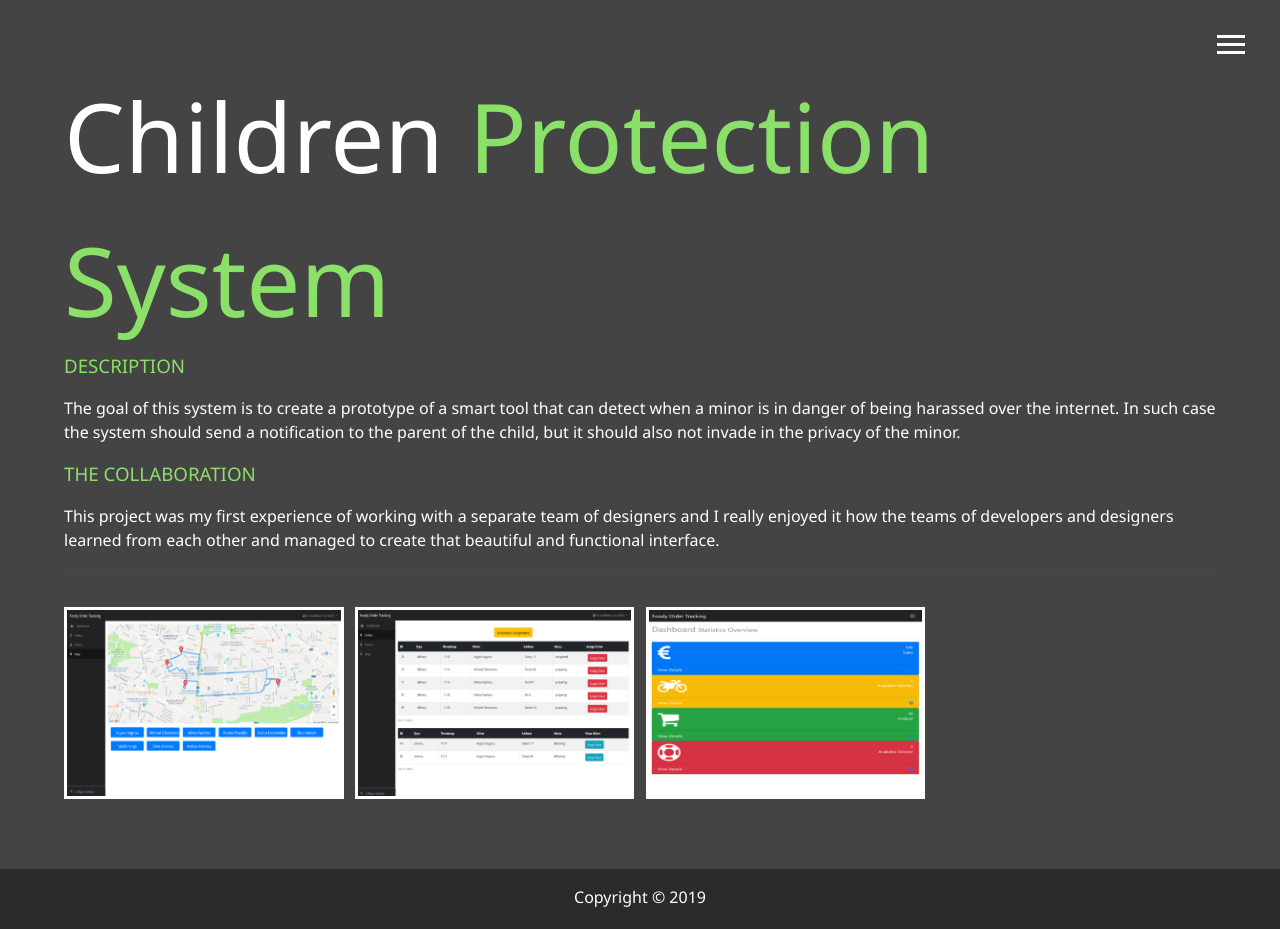
Repository: Preap/portfolio
Page: dist/projects/encase.html
An editor plug-in stored every save of this project. The page is shown before and after the next save, followed by the edit.
The browser window is 1280 px wide. The pictures show the whole page.
Some web libraries are served in a nearby version.

Above is the page before, as saved 2019-06-06 02:19:45.

After the next save:
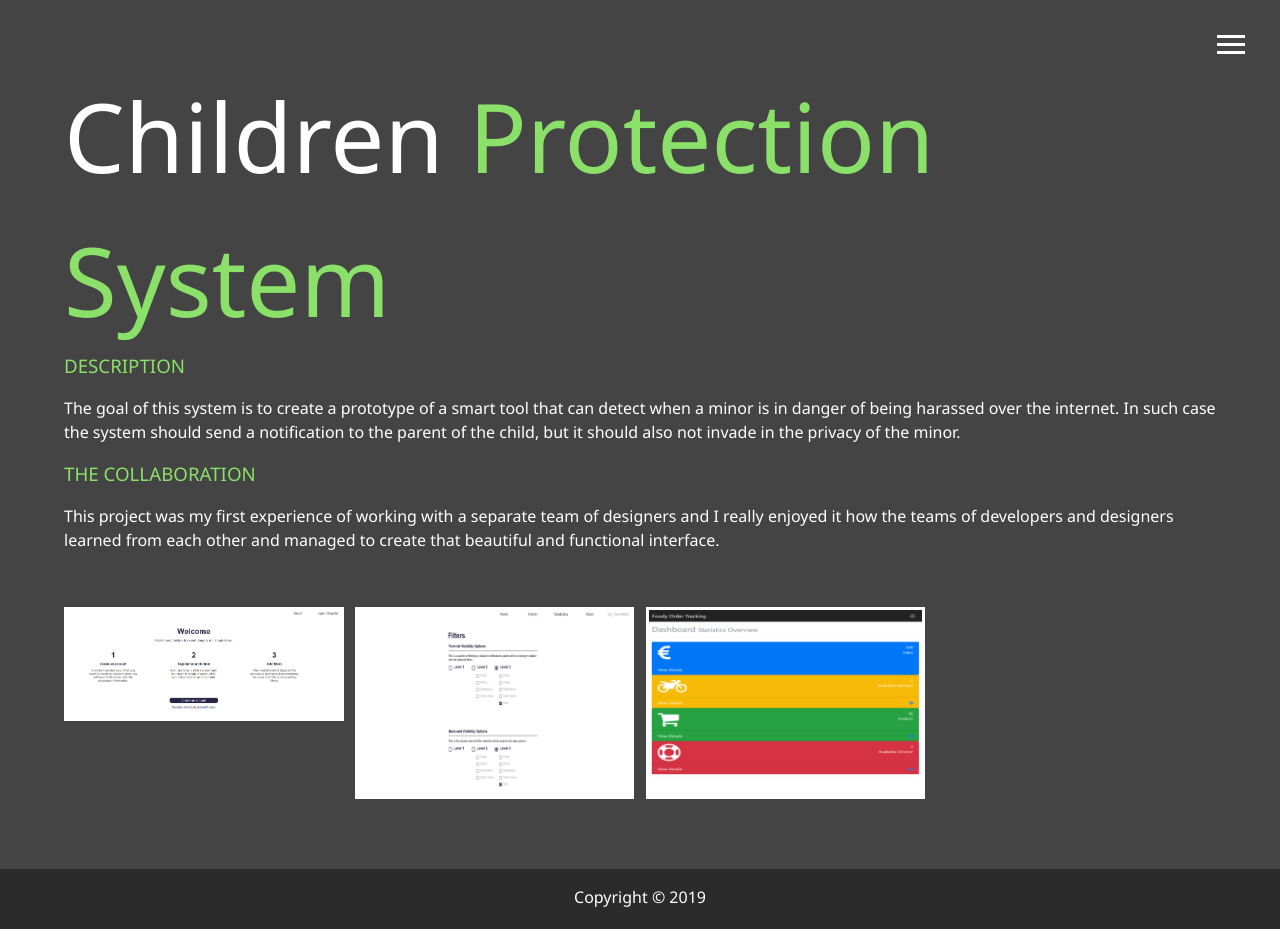
Saved 96 s later.
--- a/dist/projects/encase.html
+++ b/dist/projects/encase.html
@@ -62,12 +62,12 @@
       <div class="projects">
         <div class="item">
           <a href="#!">
-            <img src="../img/projects/ordertracking/image1.jpg" alt="ordertracking_image" />
+            <img src="../img/projects/encase/image1.PNG" alt="encase_image" />
           </a>
         </div>
         <div class="item">
           <a href="#!">
-            <img src="../img/projects/ordertracking/image2.jpg" alt="ordertracking_image" />
+            <img src="../img/projects/encase/image2.jpg" alt="ordertracking_image" />
           </a>
         </div>
         <div class="item">
